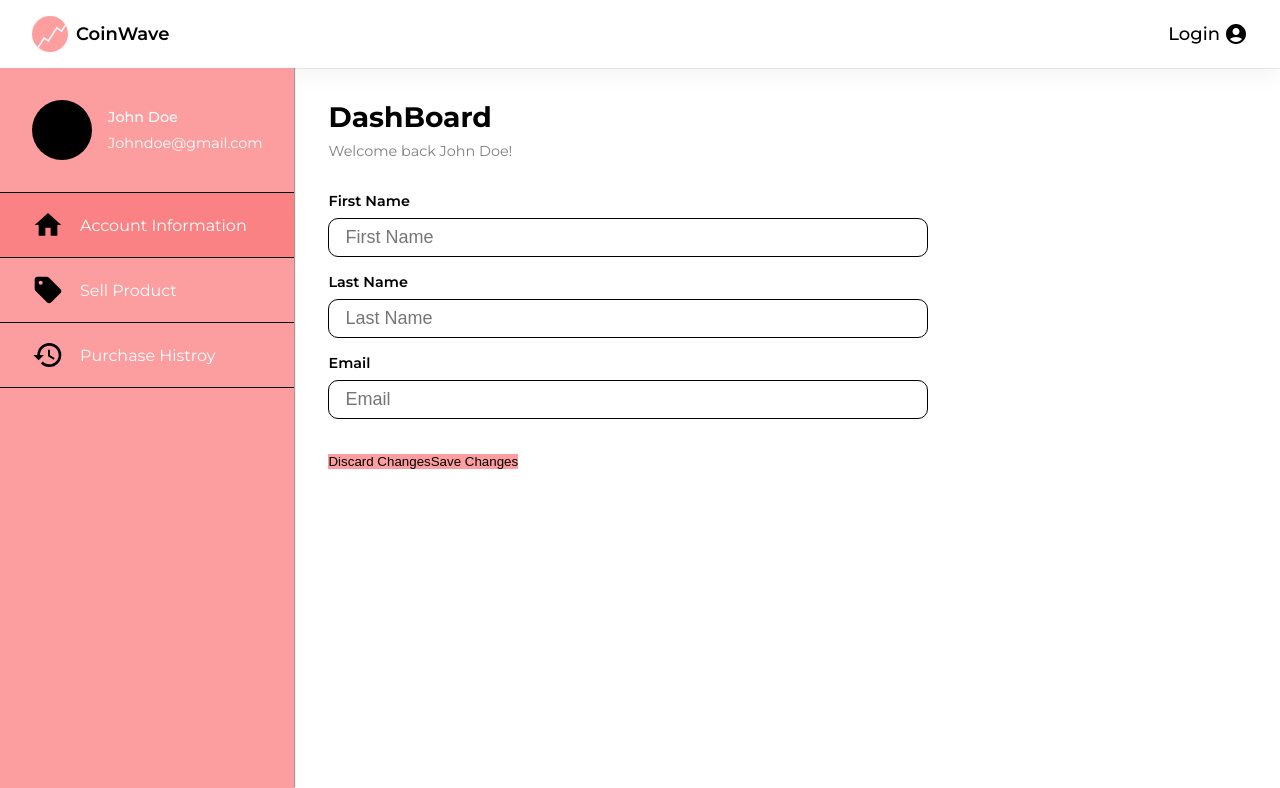
Repository: David-Waite/CoinWave
Page: /account
An editor plug-in stored every save of this project. The page is shown before and after the next save, followed by the edit.
The browser window is 1280 px wide. The pictures show the whole page.
The project was rebuilt for these pictures with package versions that can differ from the ones it lists, and the page was loaded fresh each time. The framework's server and built-in components were replaced by stand-ins that run in the browser. Also part of the build but not shown: next.config.js, app/components/account/SellProduct/SellProduct.js, app/components/account/PurchaseHistory/PurchaseHistory.js.

Above is the page before, as saved 2023-08-16 11:20:15.

After the next save:
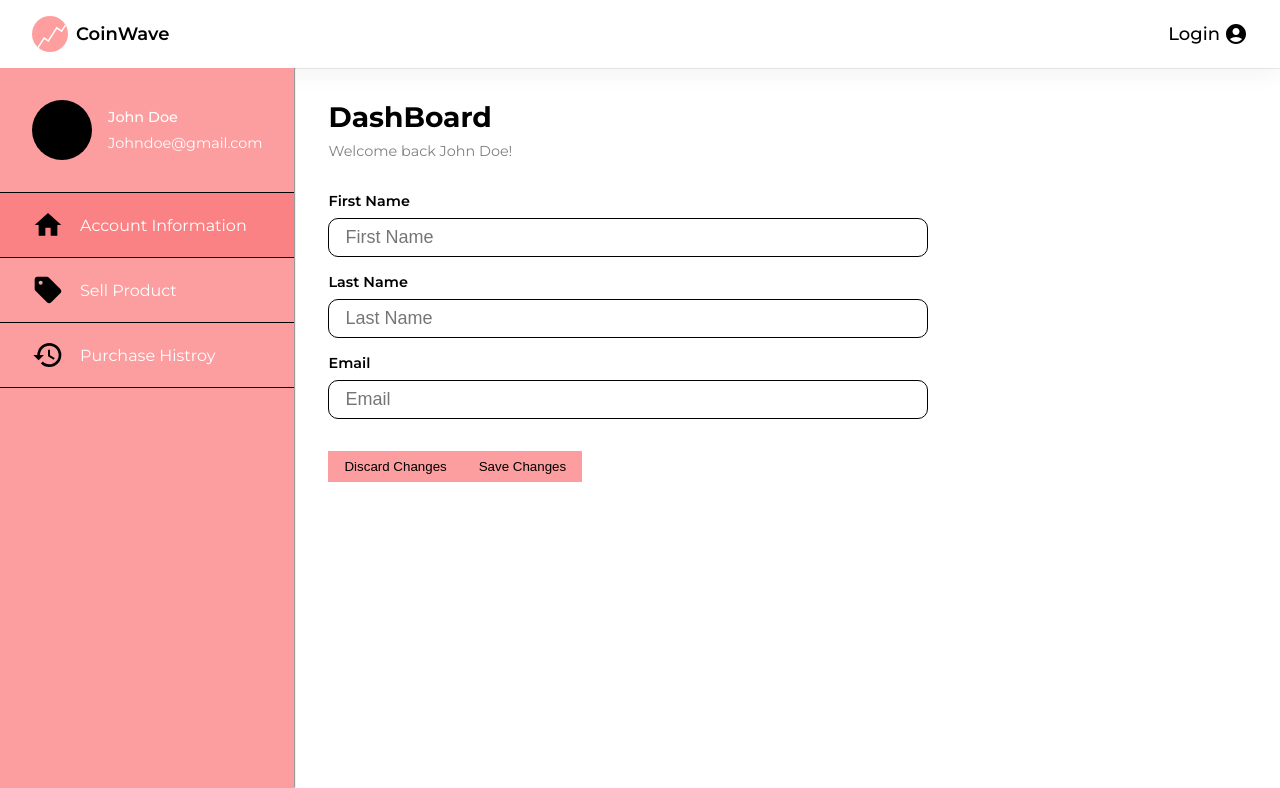
Saved 8 s later.
--- a/app/components/account/AccountInfomation/accountInformation.module.css
+++ b/app/components/account/AccountInfomation/accountInformation.module.css
@@ -46,4 +46,5 @@
 .saveChanges {
   background-color: var(--primary);
   border: none;
+  padding: 8px 16px;
 }
